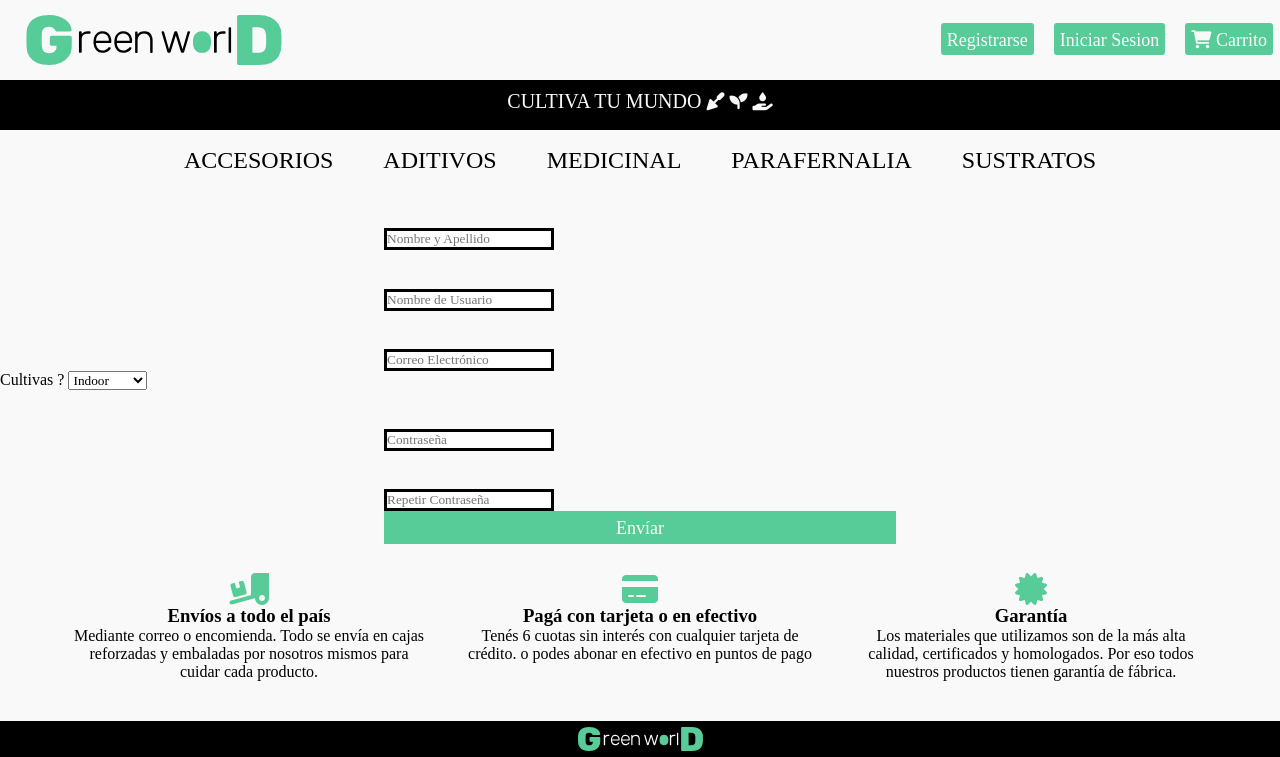
Repository: francoG98/grupo_9_Green_World
Page: source/views/register.html
These files come from the project's save history. The page is drawn as it stood at one moment and after the next save; the edit follows.
The browser window is 1280 px wide. The pictures show the whole page.
Some web fonts or font styles are not loaded; a fallback is used. Some web libraries are served in a nearby version.

Above is the page before, as saved 2022-06-24 20:09:33.

After the next save:
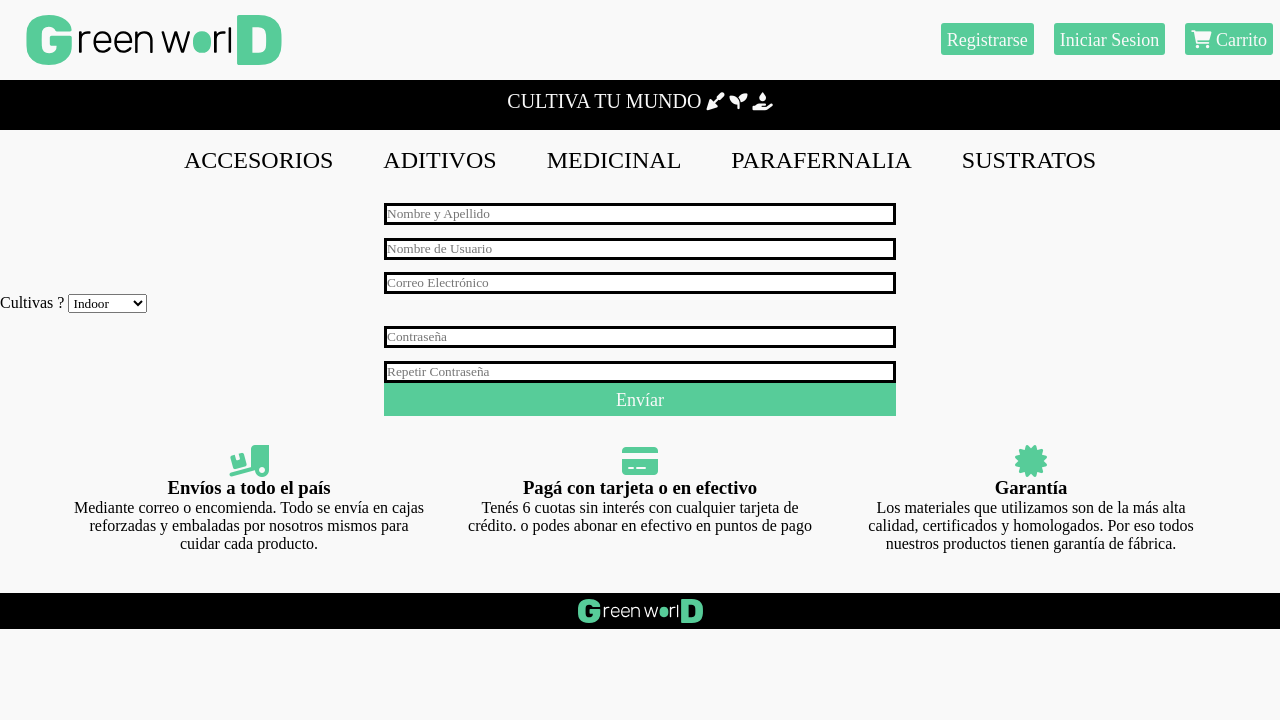
Saved 30 s later.
--- a/public/css/main-register.css
+++ b/public/css/main-register.css
@@ -19,6 +19,8 @@ a button{
 }
 input{
     margin-left: 30%;
-    margin-top: 3%;
+    margin-top: 1%;
     border: 3px solid ;
+    width: 40%;
+
 }
